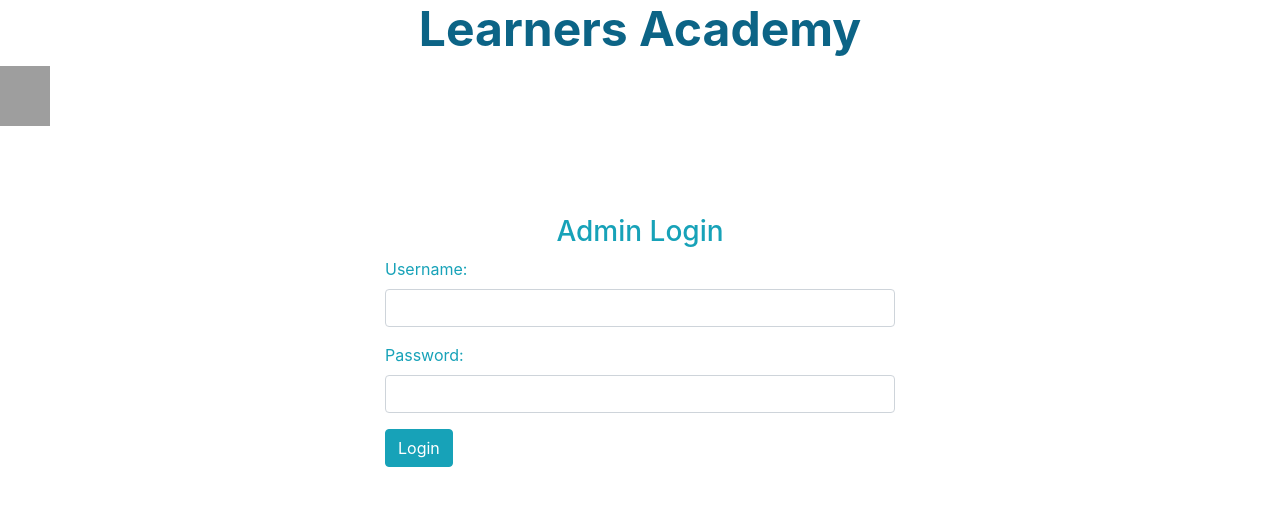
Repository: sindurup/Phase2Project
Page: http://localhost/LearnersAcademyPro/Login.jsp
These files come from the project's save history. The page is drawn as it stood at one moment and after the next save; the edit follows.
The browser window is 1280 px wide. The pictures show the whole page.
Pictures or frames that could not be fetched are drawn as grey boxes. The page is served by Tomcat 9. Other server files are loaded and not shown.

Above is the page before, as saved 2021-09-28 06:48:55.

### LearnersAcademyPro/src/main/webapp/Login.jsp
<%@ page language="java" contentType="text/html; charset=ISO-8859-1"
    pageEncoding="ISO-8859-1"%>
<!DOCTYPE html>
<html>
<link href="//maxcdn.bootstrapcdn.com/bootstrap/4.1.1/css/bootstrap.min.css" rel="stylesheet" id="bootstrap-css">

<head>
<meta charset="ISO-8859-1">
<script type="text/javascript">
function required()
{
	var uname=document.login.username.value;
	var pw=document.login.password.value;

  if (uname == "")
   {
      alert("Please enter user name");
      document.login.username.focus();
      return false;
   }
  else if(pw == "")
  {
     alert("Please enter password");
     document.login.password.focus();
      return false;
   }
  else if ((uname.length<5)||(uname.length>15))
  {
     alert("Username of invalid length");
     document.login.username.focus();
     return false;
  }
  else if ((pw.length<7)||(pw.length>15))
  {
     alert("Password length should be 7 to 15 digits");
     document.login.password.focus();
     return false;
  }
  else
	  {
        return true;
	  }




 }


</script>
<title>Learners Academy</title>
</head>
<body>

 <h1 class="text-center text-info"><font color="0C6486" size="50px"><b>Learners Academy</b></font></h1>
 <img src="D:\Phase2Project\LearnersAcademyPro\1.png" style="width:50px;height:60px;">
    <div id="login">
        <h3 class="text-center text-white pt-5">Login form</h3>
        <div class="container">
            <div id="login-row" class="row justify-content-center align-items-center">
                <div id="login-column" class="col-md-6">
                    <div id="login-box" class="col-md-12">
                        <form id="login" name="login" class="form" action="login" method="post" onSubmit="return required();" >
                            <h3 class="text-center text-info">Admin Login</h3>
                            <div class="form-group">
                                <label for="username" class="text-info">Username:</label><br>
                                <input type="text" name="username" id="username" class="form-control">
                            </div>
                            <div class="form-group">
                                <label for="password" class="text-info">Password:</label><br>
                                <input type="password" name="password" id="password" class="form-control">
                            </div>
                            <div class="form-group">

                                <input type="submit" name="Login" class="btn btn-info btn-md" value="Login" onClick="return required();">
                            </div>

                        </form>
                    </div>
                </div>
            </div>
        </div>
    </div>
</body>
</html>

After the next save:
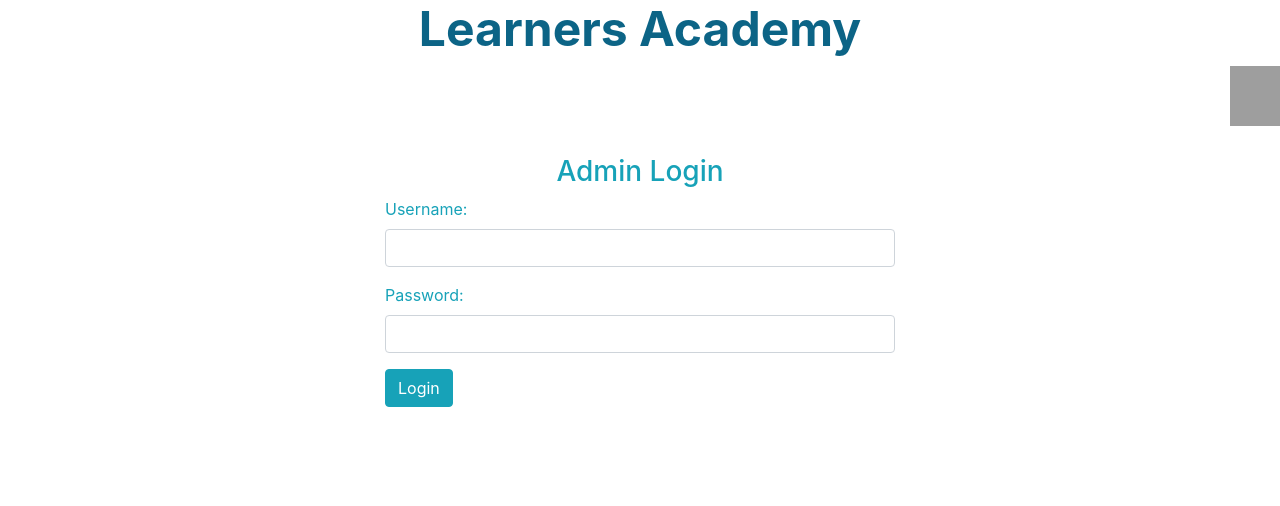
Saved 40 s later.
--- a/LearnersAcademyPro/src/main/webapp/Login.jsp
+++ b/LearnersAcademyPro/src/main/webapp/Login.jsp
@@ -53,7 +53,7 @@
 <body>
 
  <h1 class="text-center text-info"><font color="0C6486" size="50px"><b>Learners Academy</b></font></h1>
- <img src="D:\Phase2Project\LearnersAcademyPro\1.png" style="width:50px;height:60px;">
+ <img src="D:\Phase2Project\LearnersAcademyPro\1.png" style="width:50px;height:60px;" align="right">
     <div id="login">
         <h3 class="text-center text-white pt-5">Login form</h3>
         <div class="container">

After the 2 saves that followed:
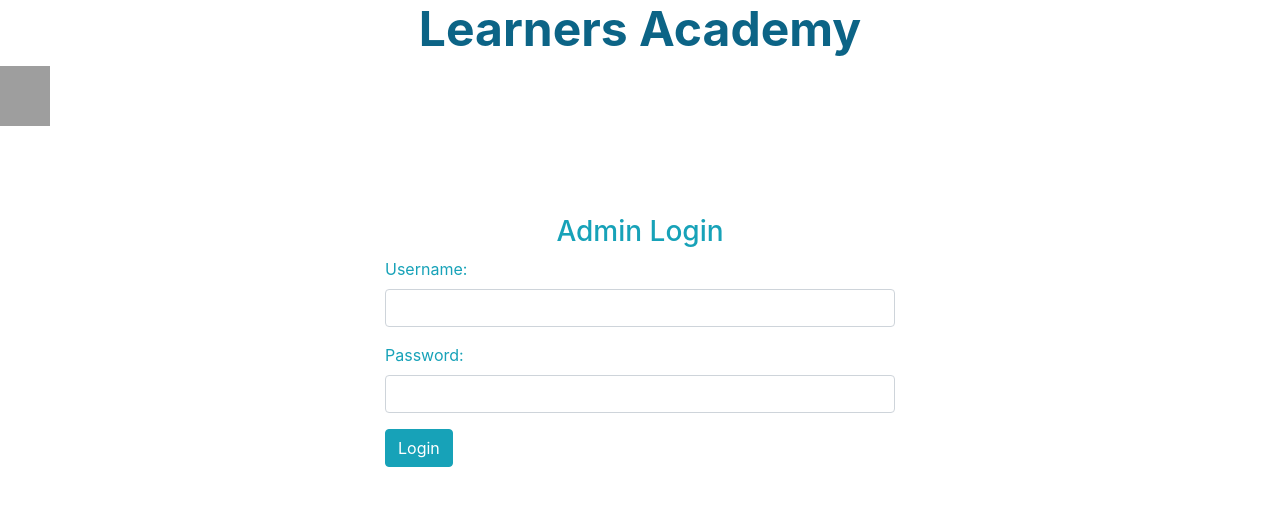
The 2 saves are shown as one change because 1 left the picture as it was.
The last was saved 68 s later.
--- a/LearnersAcademyPro/src/main/webapp/Login.jsp
+++ b/LearnersAcademyPro/src/main/webapp/Login.jsp
@@ -52,8 +52,8 @@
 </head>
 <body>
 
- <h1 class="text-center text-info"><font color="0C6486" size="50px"><b>Learners Academy</b></font></h1>
- <img src="D:\Phase2Project\LearnersAcademyPro\1.png" style="width:50px;height:60px;" align="right">
+ <div><h1 class="text-center text-info"><font color="0C6486" size="50px"><b>Learners Academy</b></font></h1>
+ <img src="D:\Phase2Project\LearnersAcademyPro\1.png" style="width:50px;height:60px;" align="middle"></div>
     <div id="login">
         <h3 class="text-center text-white pt-5">Login form</h3>
         <div class="container">
